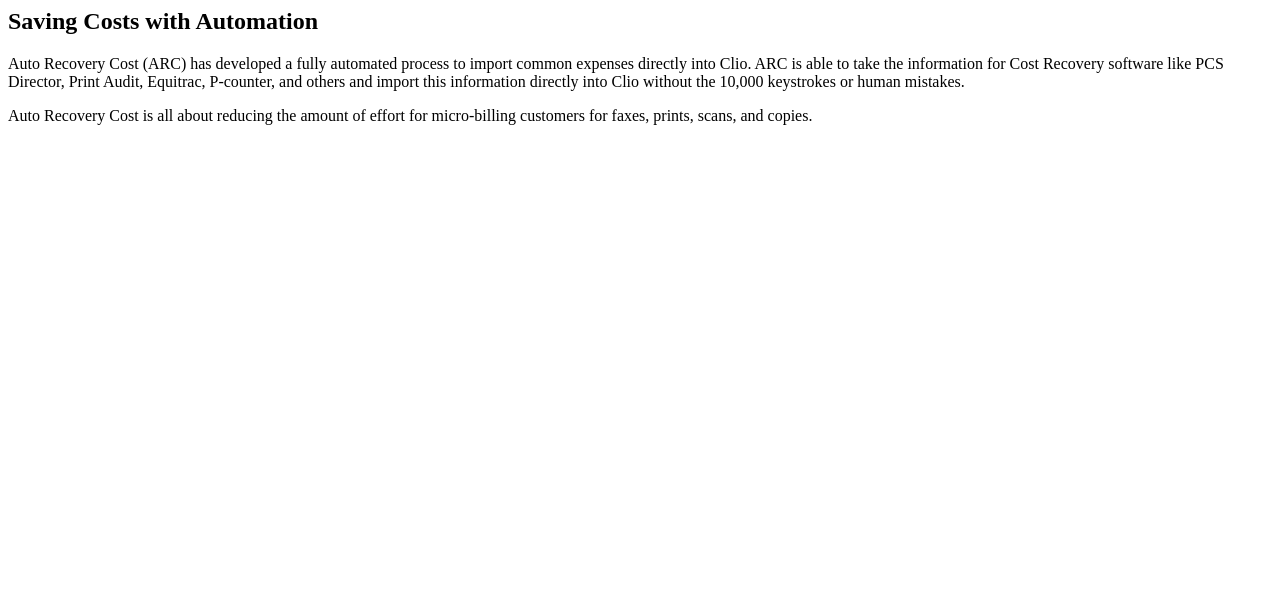
Repository: batmikun/Courses
Page: Front-End/SPA NATIVE JS/src/views/home.html
The author's editor kept a copy of each file at every save. The page is drawn from the files as they stood at one save, then again after the next save.
The browser window is 1280 px wide. The pictures show the whole page.

Above is the page before, as saved 2021-11-21 00:45:58.

After the next save:
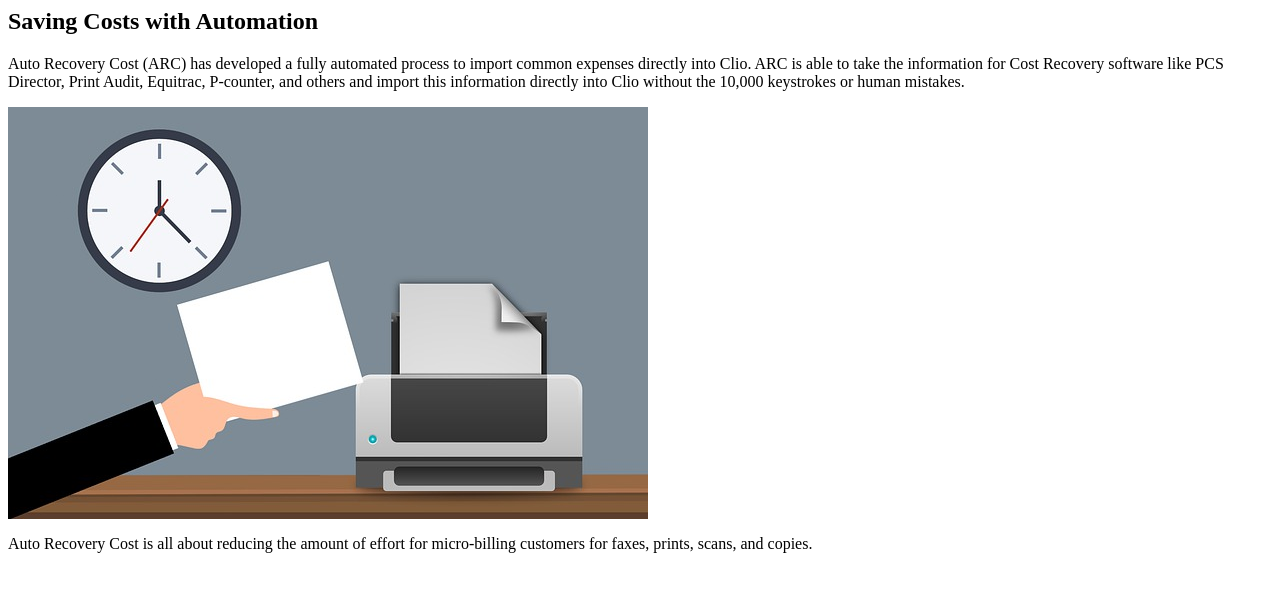
Saved 93 s later.
--- a/Front-End/SPA NATIVE JS/src/views/home.html
+++ b/Front-End/SPA NATIVE JS/src/views/home.html
@@ -4,6 +4,7 @@
         <p>
             Auto Recovery Cost (ARC) has developed a fully automated process to import common expenses directly into Clio.  ARC is able to take the information for Cost Recovery software like PCS Director, Print Audit, Equitrac, P-counter, and others and import this information directly into Clio without the 10,000 keystrokes or human mistakes.
         </p>
+        <img src="../images/paragraph1.jpg" alt="Printer">
     </div>
     <div class="content__fc">
        <p>
